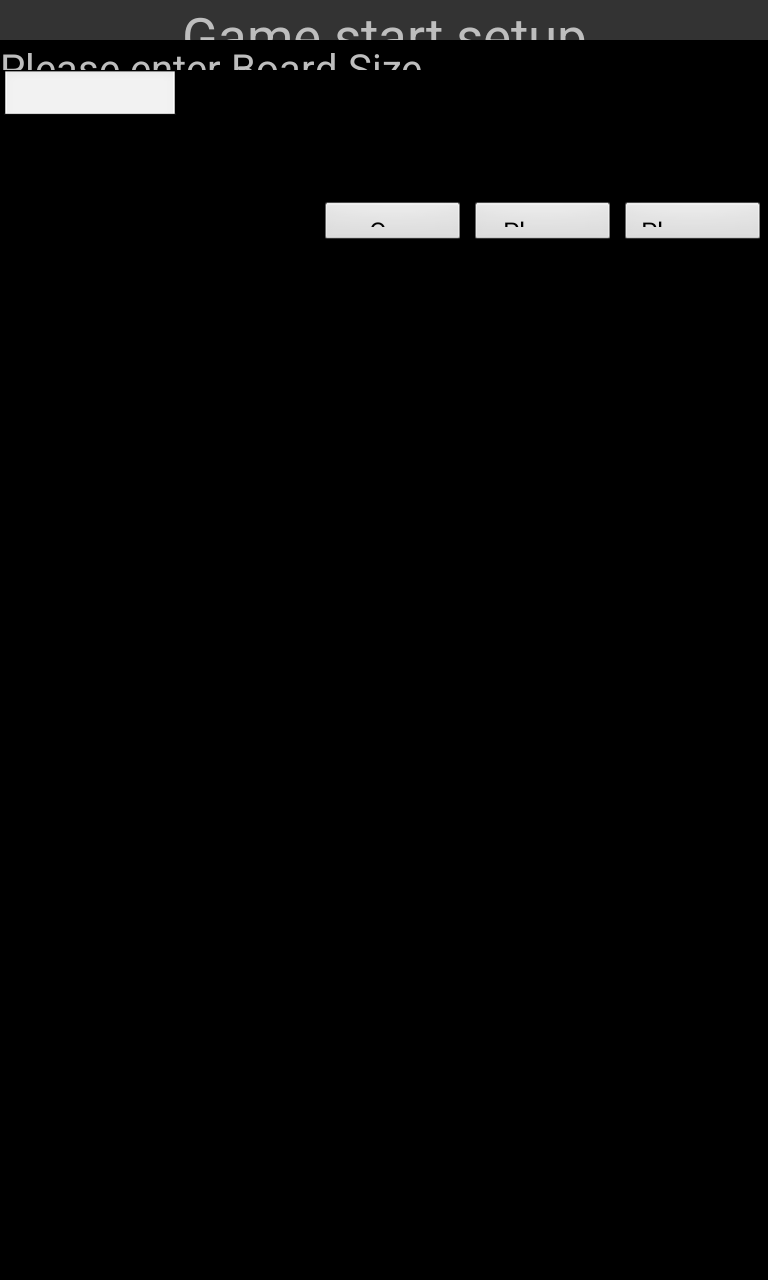
Repository: gulingithub/WeiChi
Layout: GoAndroid/res/layout/welcome.xml
These files come from the project's save history. The layout is drawn as it stood at one moment and after the next save; the edit follows.
It is drawn on a 768 x 1280 px phone screen (xhdpi) without system bars, with theme android:Theme; the app's code is not run.

Above is the layout before, as saved 2009-12-16 19:09:09.

### GoAndroid/res/layout/welcome.xml
<?xml version="1.0" encoding="utf-8"?>
<RelativeLayout
android:id="@+id/widget28"
android:layout_width="fill_parent"
android:layout_height="fill_parent"
xmlns:android="http://schemas.android.com/apk/res/android"
>

<LinearLayout
android:id="@+id/linearlayout"
android:layout_width="fill_parent"
android:layout_height="200px"

android:orientation="vertical"
android:layout_alignParentTop="true"
android:layout_alignParentLeft="true"
>
<TextView
android:id="@+id/textview"
android:layout_width="fill_parent"
android:background="#ff333333"
android:text="Game start setup"
android:textSize="12pt"
android:gravity="center"
android:layout_gravity="center_vertical"
android:layout_height="40px">
</TextView>
<TextView
android:id="@+id/board"
android:layout_width="fill_parent"
android:layout_height="30px"
android:text="Please enter Board Size"
android:textSize="9pt"

android:gravity="left"
>
</TextView>
<EditText
android:id="@+id/boardsize"
android:layout_width="180px"
android:layout_height="50px"
android:textSize="18sp"
>
</EditText>
</LinearLayout>
<Button
android:id="@+id/computer"
android:layout_width="150px"
android:layout_height="50px"
android:text="Player vs Computer"
android:textSize="13sp"
android:layout_below="@+id/linearlayout"
android:layout_alignRight="@+id/linearlayout"
>
</Button>
<Button
android:id="@+id/player"
android:layout_width="150px"
android:layout_height="50px"
android:text="Play vs Player"
android:textSize="13sp"
android:gravity="center"
android:layout_below="@+id/linearlayout"
android:layout_toLeftOf="@+id/computer"



>
</Button>

<Button
android:id="@+id/oneplayer"
android:layout_width="150px"
android:layout_height="50px"
android:text="One Player"
android:textSize="13sp"
android:gravity="center"
android:layout_below="@+id/linearlayout"
android:layout_toLeftOf="@+id/player"

>
</Button>

</RelativeLayout>

After the next save:
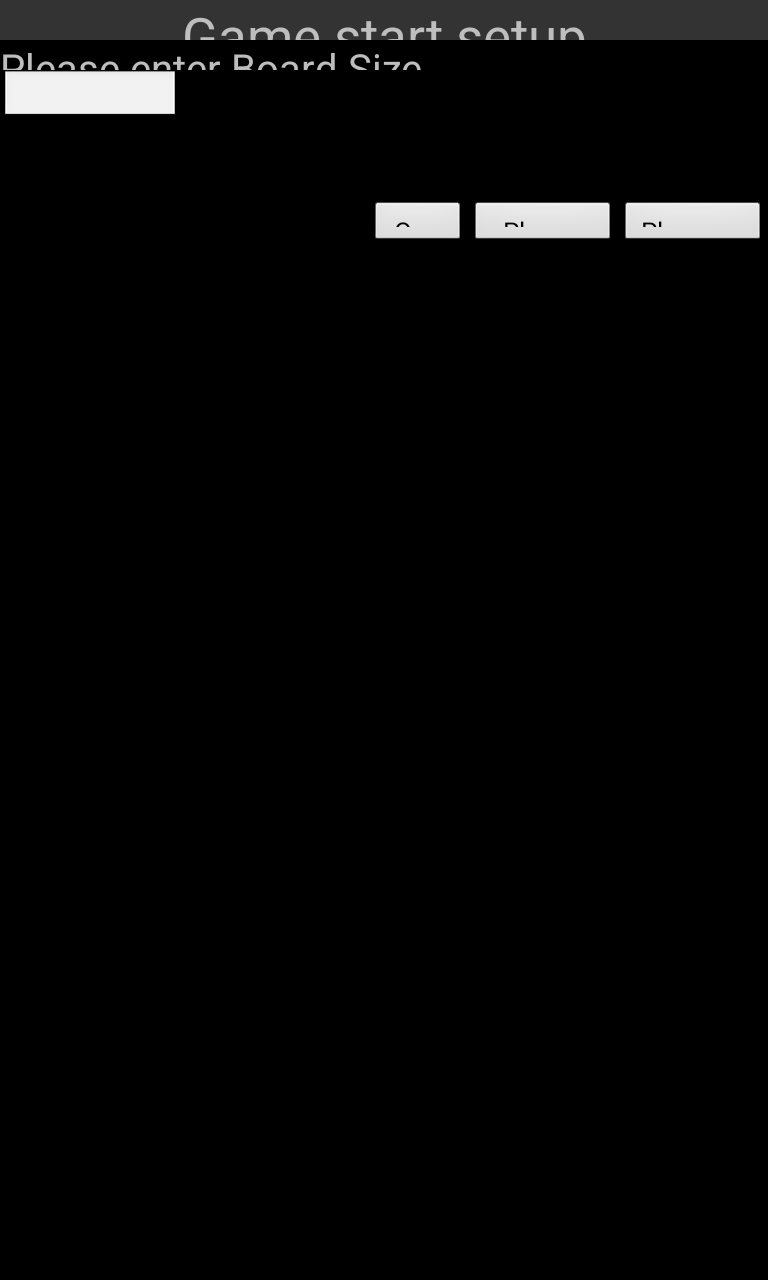
Saved 13 s later.
--- a/GoAndroid/res/layout/welcome.xml
+++ b/GoAndroid/res/layout/welcome.xml
@@ -70,7 +70,7 @@ android:layout_toLeftOf="@+id/computer"
 
 <Button
 android:id="@+id/oneplayer"
-android:layout_width="150px"
+android:layout_width="100px"
 android:layout_height="50px"
 android:text="One Player"
 android:textSize="13sp"
